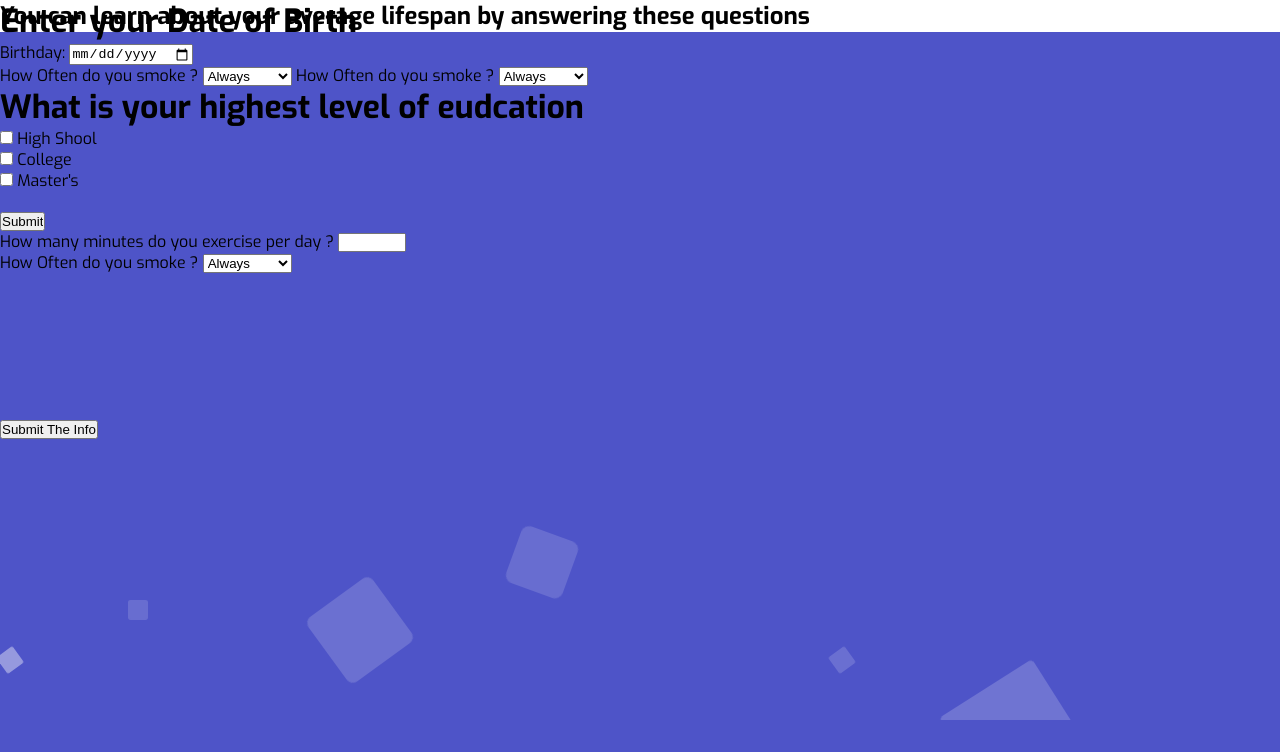
Repository: navid-amini12/capstone-1
Page: wordgame.html
These files come from the project's save history. The page is drawn as it stood at one moment and after the next save; the edit follows.
The browser window is 1280 px wide. The pictures show the whole page.

Above is the page before, as saved 2022-05-25 19:00:49.

After the next save:
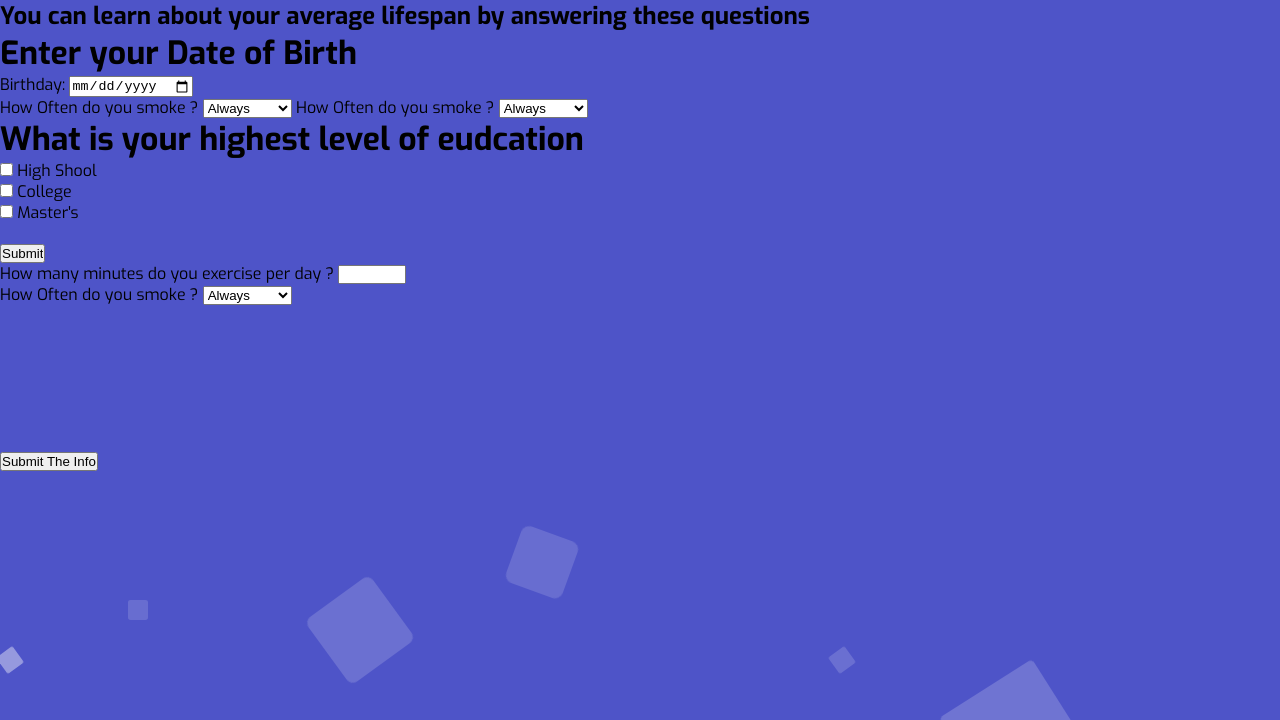
Saved 54 s later.
--- a/wordgame.html
+++ b/wordgame.html
@@ -1,7 +1,6 @@
 
 <link rel="stylesheet" type="text/css" href="Life.css">
 
-<h2>You can learn about your average lifespan by answering these questions </h1>
 
 
   <div class="context">
@@ -19,7 +18,8 @@
                 <li></li>
                 <li></li>
                 <li></li>
-                <li></li> <h1>Enter your Date of Birth</h1>
+                <li></li>
+                <h2>You can learn about your average lifespan by answering these questions </h1><h1>Enter your Date of Birth</h1>
 
                 <form action="/action_page.php">
                   <label for="birthday">Birthday:</label>
